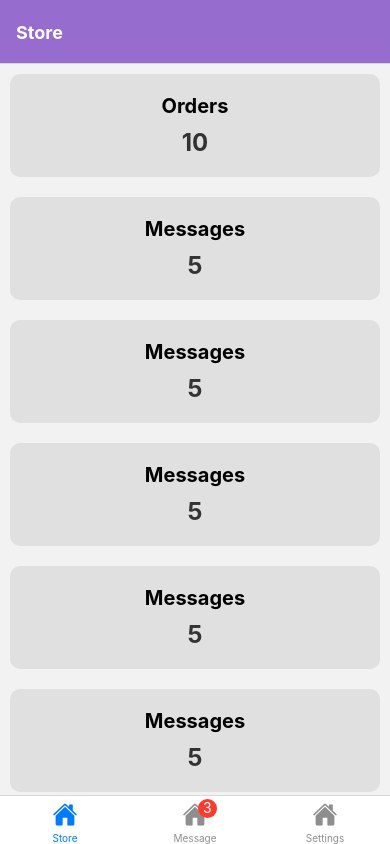
Repository: Waikato153/AwesomeProject
Screen: /
These files come from the project's save history. The screen is drawn as it stood at one moment and after a run of saves; the edit follows.
The app was drawn by React Native's web renderer in a window 390 px wide. The project was rebuilt for these pictures with package versions that can differ from the ones it lists, and the page was loaded fresh each time.

Above is the screen before, as saved 2024-02-29 11:45:40.

### App.js
import * as React from 'react';
import { Text, View, StyleSheet} from 'react-native';
import { NavigationContainer } from '@react-navigation/native';
import { createBottomTabNavigator } from '@react-navigation/bottom-tabs';
import { Ionicons } from '@expo/vector-icons';

import HomeScreen from './screens/HomeScreen';

function SettingsScreen() {
  return (
    <View style={{ flex: 1, justifyContent: 'center', alignItems: 'center' }}>
      <Text>Settings!</Text>
    </View>
  );
}


const styles = StyleSheet.create({
  container: {
    flex: 1,
    justifyContent: 'center',
    backgroundColor: 'white',
    alignItems: 'center',
    padding: 8,
  },
  paragraph: {
    margin: 24,
    fontSize: 18,
    fontWeight: 'bold',
    textAlign: 'center',
  },
});

const Tab = createBottomTabNavigator();

function MyTabs() {
  return (

    <Tab.Navigator
      screenOptions={{
        tabBarIcon: ({ color, size }) => (
          <Ionicons name="home" color={color} size={size} />
        ),
        headerStyle: {
          backgroundColor: '#966ccf',
        },
        headerTintColor: '#fff',
        headerTitleStyle: {
          fontWeight: 'bold',
        },
      }}
    >
      <Tab.Screen
        name="Store"
        component={HomeScreen}

      />
      <Tab.Screen
        name="Message"
        component={SettingsScreen}
        options={{
          tabBarBadge: 3
        }}
      />
      <Tab.Screen
        name="Settings"
        component={SettingsScreen}
      />
    </Tab.Navigator>
  );
}

export default function App() {
  return (
    <NavigationContainer>
      <MyTabs />
    </NavigationContainer>
  );
}

### screens/HomeScreen.js
import React from 'react';
import { View, Text, StyleSheet, ScrollView } from 'react-native';

const HomeScreen = () => {
  return (
    <View  >
      <View style={styles.block}>
        <Text style={styles.title}>Orders</Text>
        <Text style={styles.count}>10</Text>
      </View>
      <View style={styles.block}>
        <Text style={styles.title}>Messages</Text>
        <Text style={styles.count}>5</Text>
      </View>
      <View style={styles.block}>
        <Text style={styles.title}>Messages</Text>
        <Text style={styles.count}>5</Text>
      </View>
      <View style={styles.block}>
        <Text style={styles.title}>Messages</Text>
        <Text style={styles.count}>5</Text>
      </View>
      <View style={styles.block}>
        <Text style={styles.title}>Messages</Text>
        <Text style={styles.count}>5</Text>
      </View>
      <View style={styles.block}>
        <Text style={styles.title}>Messages</Text>
        <Text style={styles.count}>5</Text>
      </View>
    </View>
  );
};

const styles = StyleSheet.create({
  container: {
    padding: 20,
    flexDirection: 'row', // 水平方向布局
    flex:1,
  },
  block: {
    flex:1,
    justifyContent: 'center',
    alignItems: 'center',
    backgroundColor: '#e0e0e0',
    borderRadius: 10,
    padding: 20,
    margin: 10,
  },
  title: {
    fontSize: 20,
    fontWeight: 'bold',
    marginBottom: 10,
  },
  count: {
    fontSize: 24,
    fontWeight: 'bold',
    color: '#333333',
  },
});

export default HomeScreen;

After the next 4 saves:
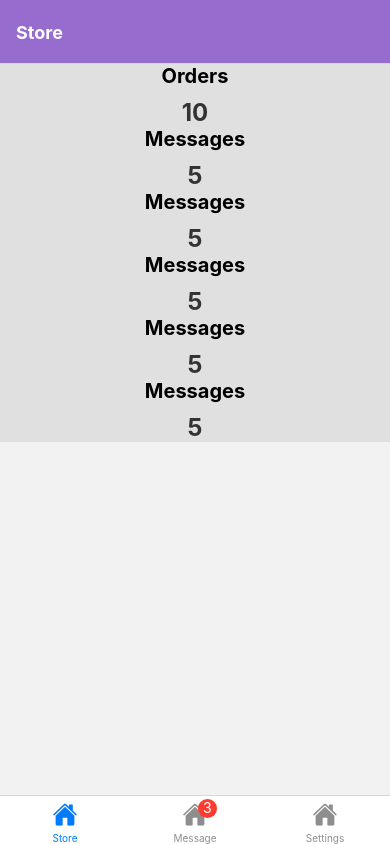
The 4 saves are shown as one change because they came seconds apart.
The last was saved 14 s later.
--- a/screens/HomeScreen.js
+++ b/screens/HomeScreen.js
@@ -35,7 +35,7 @@
 const styles = StyleSheet.create({
   container: {
     padding: 20,
-    flexDirection: 'row', // 水平方向布局
+
     flex:1,
   },
   block: {
@@ -43,9 +43,7 @@
     justifyContent: 'center',
     alignItems: 'center',
     backgroundColor: '#e0e0e0',
-    borderRadius: 10,
-    padding: 20,
-    margin: 10,
+
   },
   title: {
     fontSize: 20,

After the save that followed:
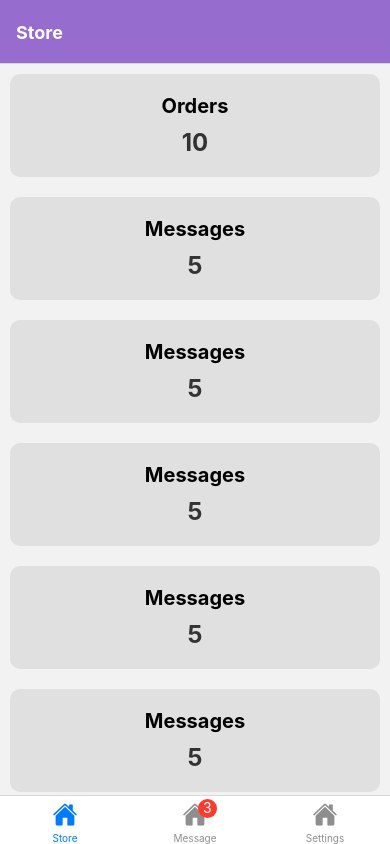
Saved 4 s later.
--- a/screens/HomeScreen.js
+++ b/screens/HomeScreen.js
@@ -43,7 +43,9 @@
     justifyContent: 'center',
     alignItems: 'center',
     backgroundColor: '#e0e0e0',
-
+    borderRadius: 10,
+    padding: 20,
+    margin: 10,
   },
   title: {
     fontSize: 20,
